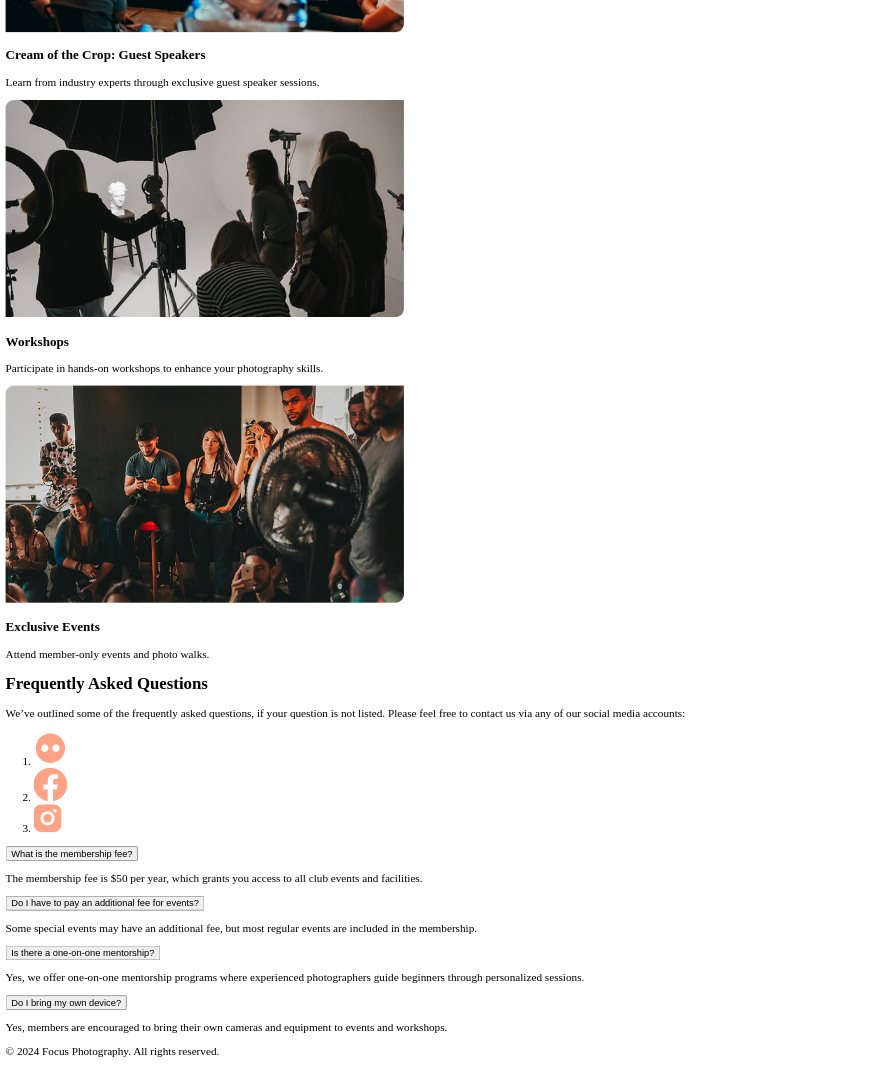
Repository: thesamaquino/focus_photography
Page: index.html
An editor plug-in stored every save of this project. The page is shown before and after the next save, followed by the edit.
The browser window is 1280 px wide. The pictures show the part of the page from y = 1317 to 3237 px (the page is 2844 px tall before and 3237 px after), at 70% of full size.

Above is the page before, as saved 2025-11-14 11:51:18.

After the next save:
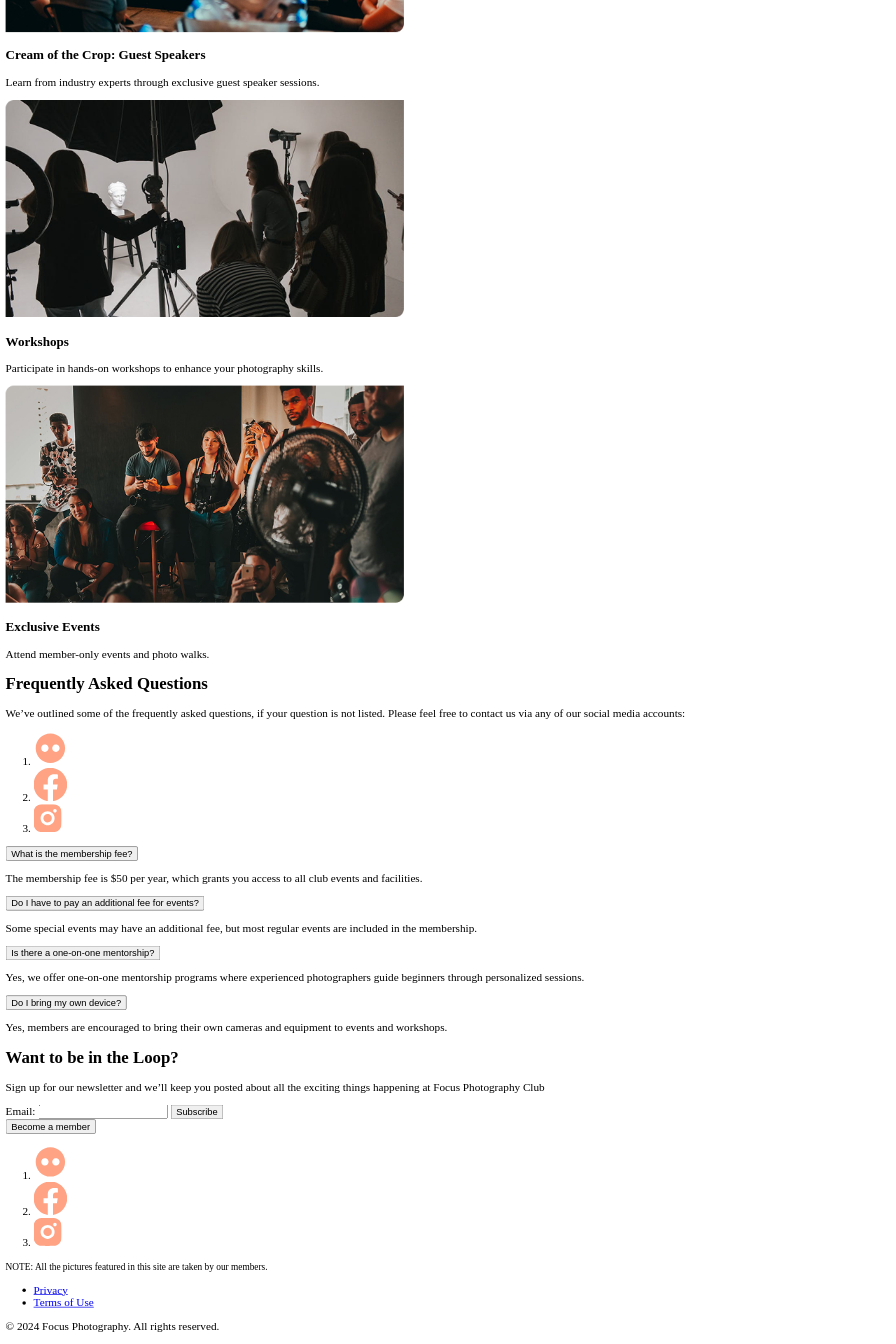
Saved 3 min 42 s later.
--- a/index.html
+++ b/index.html
@@ -108,15 +108,36 @@
         <p>Yes, members are encouraged to bring their own cameras and equipment to events and workshops.</p>
       </div>
     </div>
-
   </section>
 
+  <footer>
+    <section id="#newsletter">
+      <h2>Want to be in the Loop?</h2>
+      <p>Sign up for our newsletter and we’ll keep you posted about all the exciting things happening at Focus Photography Club</p>
+      <form>
+        <label for="email">Email:</label>
+        <input type="email" id="email" name="email" required>
+        <button type="submit">Subscribe</button>
+        </form>
+      <button>Become a member</button>
+    </section>
+      <div class="socials">
+        <ol>
+        <li><a href="wwww.flickr.com"><img src="img/flickr-logo.svg" alt="flickr logo"></a></li>
+        <li><a href="www.fb.com"><img src="img/fb-logo.svg" alt="fb logo"></a></li>
+        <li><a href="www.instagram.com"><img src="img/insta-logo.svg" alt="instagram logo"></a></li>
+      </ol>
+      </div>
 
+      <small>NOTE: All the pictures featured in this site are taken by our members.</small>
 
-  <footer>
+      <nav>
+      <ul>
+        <li><a href="privay.html">Privacy</a></li>
+        <li><a href="terms.html">Terms of Use</a></li>
+      </ul>
+      </nav>
     <p>&copy; 2024 Focus Photography. All rights reserved.</p>
   </footer>
-
 </body>
-
 </html>
